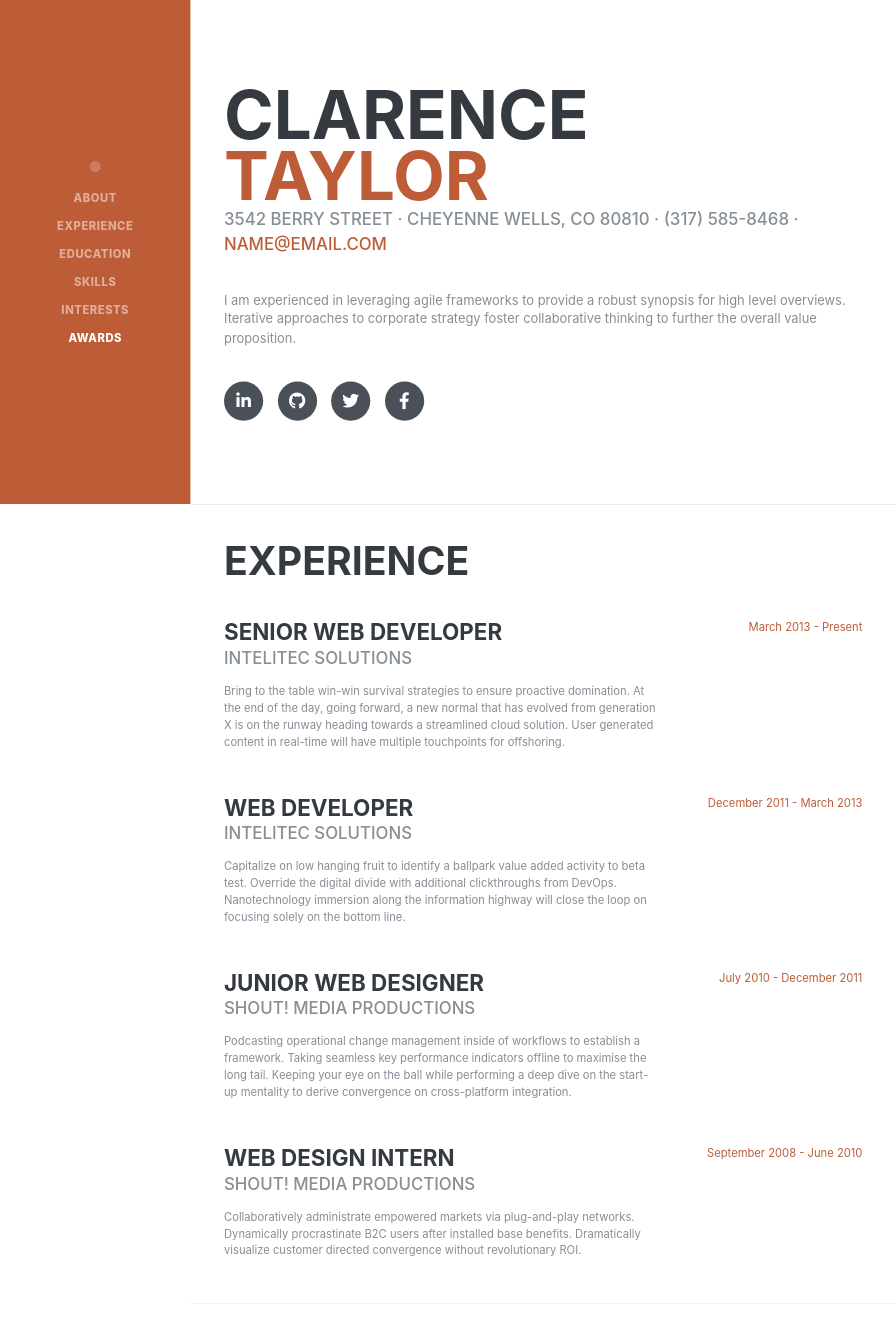
Repository: kcfurtado/kcfurtado.github.io
Page: index.html
These files come from the project's save history. The page is drawn as it stood at one moment and after the next save; the edit follows.
The browser window is 1280 px wide. The pictures show the part of the page from y = 0 to 1920 px (the page is 4746 px tall), at 70% of full size.
Some web fonts or font styles are not loaded; a fallback is used.

Above is the page before, as saved 2019-09-16 20:51:03.
Not found: img/profile.jpg

After the next save:
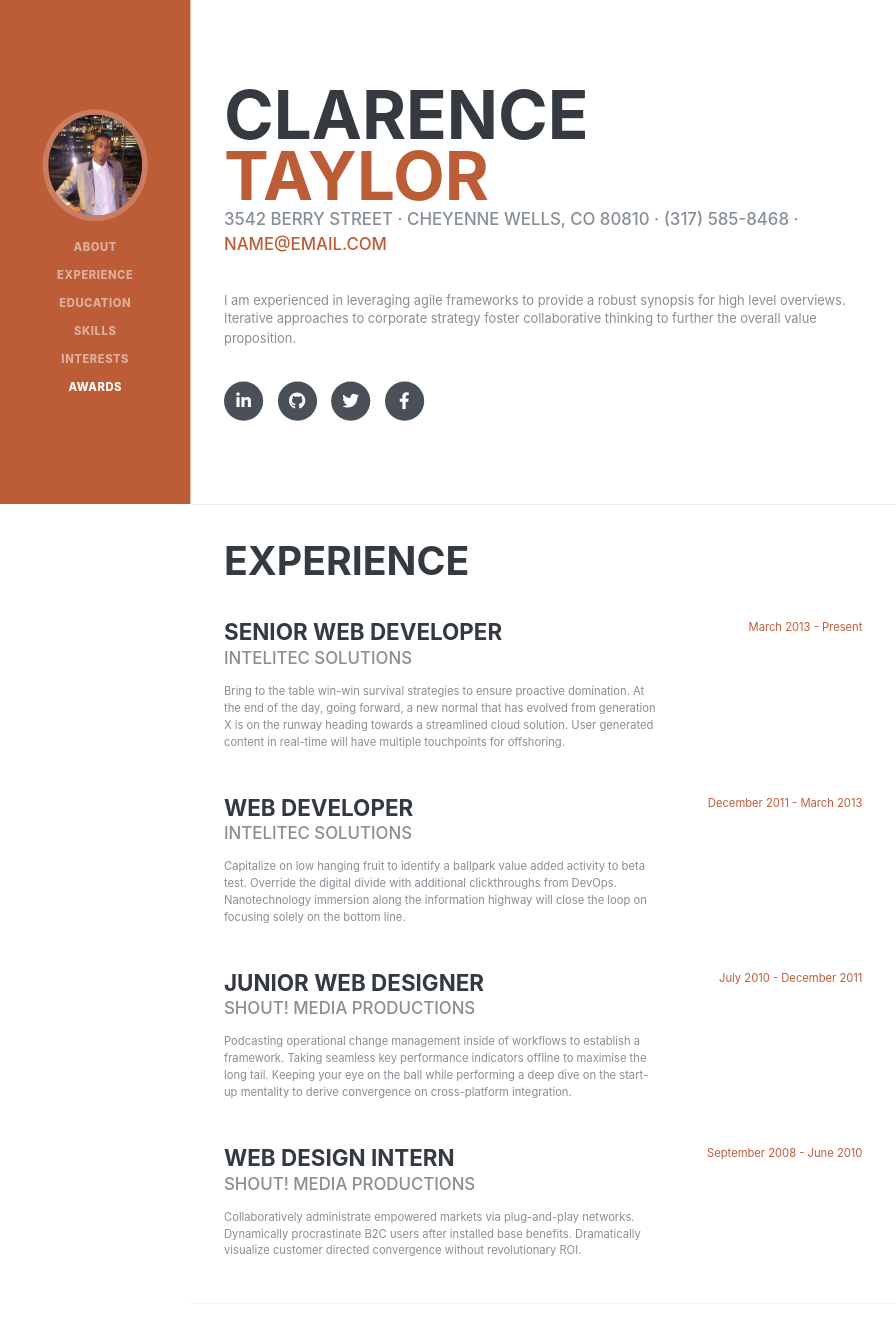
Saved 200 days later.
--- a/index.html
+++ b/index.html
@@ -29,7 +29,7 @@
     <a class="navbar-brand js-scroll-trigger" href="#page-top">
       <span class="d-block d-lg-none">Clarence Taylor</span>
       <span class="d-none d-lg-block">
-        <img class="img-fluid img-profile rounded-circle mx-auto mb-2" src="img/profile.jpg" alt="">
+        <img class="img-fluid img-profile rounded-circle mx-auto mb-2" src="img/profile.png" alt="">
       </span>
     </a>
     <button class="navbar-toggler" type="button" data-toggle="collapse" data-target="#navbarSupportedContent" aria-controls="navbarSupportedContent" aria-expanded="false" aria-label="Toggle navigation">
